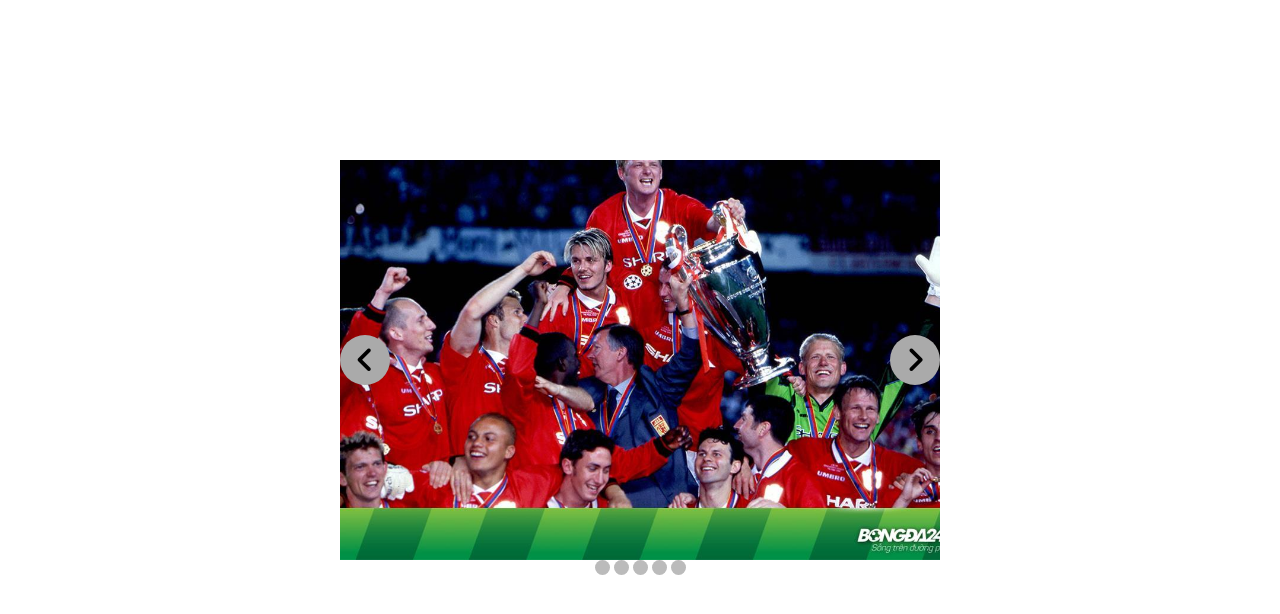
Repository: HoanTiny/slideShow
Page: index.html
An editor plug-in stored every save of this project. The page is shown before and after the next save, followed by the edit.
The browser window is 1280 px wide. The pictures show the whole page.
Some web libraries are served in a nearby version.

Above is the page before, as saved 2022-08-18 15:16:01.
Console error: TypeError: Cannot read properties of undefined (reading 'className')

### index.html
<!DOCTYPE html>
<html lang="en">
    <head>
        <meta charset="UTF-8" />
        <meta http-equiv="X-UA-Compatible" content="IE=edge" />
        <meta name="viewport" content="width=device-width, initial-scale=1.0" />
        <title>Document</title>
        <link rel="stylesheet" href="./acssets/css/style.css" />
        <link
            rel="stylesheet"
            href="https://cdnjs.cloudflare.com/ajax/libs/font-awesome/6.1.1/css/all.min.css"
        />
    </head>
    <body>
        <div class="slider">
            <i
                class="fa fa-angle-left left-btn"
                onclick="makeSlideshow(-1);"
            ></i>
            <div class="slider-main">
                <div class="slides">
                    <img src="./acssets/img/mU.jpg" alt="" class="slide" />
                    <img src="./acssets/img/logo.jpg" alt="" class="slide" />
                    <img src="./acssets/img/manU.jpg" alt="" class="slide" />
                    <img src="./acssets/img/logo.jpg" alt="" class="slide" />
                    <img src="./acssets/img/mU.jpg" alt="" class="slide" />
                </div>
            </div>
            <i
                class="fa fa-angle-right right-btn"
                onclick="makeSlideshow(1)"
            ></i>
            <div style="text-align: center" class="dot-main">
                <!-- <span class="dot"></span>
                <span class="dot"></span>
                <span class="dot"></span>
                <span class="dot"></span>
                <span class="dot"></span> -->
            </div>
        </div>

        <script src="./acssets/js/index.js"></script>
    </body>
</html>

### acssets/css/style.css
* {
    box-sizing: border-box;
}
body {
    font-family: Verdana, sans-serif;
    margin: 0;
    display: flex;
    justify-content: center;
    align-items: center;
    min-height: 100vh;
    flex-direction: column;
}

.slider {
    width: 600px;
    height: 400px;
    position: relative;
}
.left-btn {
    position: absolute;
    top: 50%;
    left: 0;
    transform: translateY(-50%);
    border-radius: 50%;
    background: rgb(170, 170, 170);
    cursor: pointer;
    font-size: 30px;
    text-align: center;
    padding: 10px;
    width: 50px;
    height: 50px;
    z-index: 1;
}
.left-btn.disabled,
.right-btn.disabled {
    background: transparent;
    cursor: default;
    color: rgb(170, 170, 170);
}

.right-btn {
    position: absolute;
    top: 50%;
    right: 0;
    transform: translateY(-50%);
    border-radius: 50%;
    background: rgb(170, 170, 170);
    cursor: pointer;
    font-size: 30px;
    text-align: center;
    padding: 10px;
    width: 50px;
    height: 50px;
}

.slider-main {
    width: 100%;
    height: 100%;
    overflow: hidden;
}
.slides {
    display: flex;
    transition: 1s all;
}
img.slide {
    width: 600px;
    height: 400px;
    object-fit: cover;
}

.mySlides {
    width: 100%;
    height: 100%;
}

.dot {
    cursor: pointer;
    height: 15px;
    width: 15px;
    margin: 0 2px;
    background-color: #bbb;
    border-radius: 50%;
    display: inline-block;
    transition: background-color 0.6s ease;
}

.active,
.dot:hover {
    background-color: #717171;
}

.fade {
    animation-name: fade;
    animation-duration: 1.5s;
}

@keyframes fade {
    from {
        opacity: 0.4;
    }
    to {
        opacity: 1;
    }
}

### acssets/js/index.js
//  getItem localStorage
const dot = localStorage.getItem("dot");
window.addEventListener("load", renderDot);
const widthImg = 600;
const slides = document.querySelector(".slides");
const leftBtn = document.querySelector(".left-btn");
const rightBtn = document.querySelector(".right-btn");
const dotMain = document.querySelector(".dot-main");
const dots = document.querySelectorAll(".dot");
const img = document.querySelectorAll(".slide");
slides.style.width = `${widthImg * img.length}px`;
let index = 0;
let slideIndex = 1;
makeSlideshow(slideIndex);
console.log(dots);

function renderDot() {
    for (i = 0; i < img.length; i++) {
        const dot = document.createElement("div");
        dot.className = "dot";
        dotMain.appendChild(dot);
        // save className dot localStorage
        localStorage.setItem("dot", dot.className);
    }
}

function makeSlideshow(n) {
    if (n === 1) {
        if (index >= img.length - 1) {
            index = 0;
        } else {
            index++;
        }
        for (i = 0; i < dots.length; i++) {
            dots[i].className = dots[i].className.replace(" active", "");
        }
        dots[index].className += " active";
        slides.style.transform = `translateX(-${widthImg * index}px)`;
    } else if (n === -1) {
        if (index <= 0) {
            index = img.length - 1;
        } else {
            index--;
        }
        for (i = 0; i < dots.length; i++) {
            dots[i].className = dots[i].className.replace(" active", "");
        }
        dots[index].className += " active";
        slides.style.transform = `translateX(-${widthImg * index}px)`;
    }
    dots.forEach((dot, indexdot) => {
        dot.addEventListener("click", () => {
            for (i = 0; i < dots.length; i++) {
                dots[i].className = dots[i].className.replace(" active", "");
            }
            dots[indexdot].className += " active";
            slides.style.transform = `translateX(-${widthImg * indexdot}px)`;
        });
    });
}
// setInterval(() => {
//     makeSlideshow(true);
// }, 5000);

After the next save:
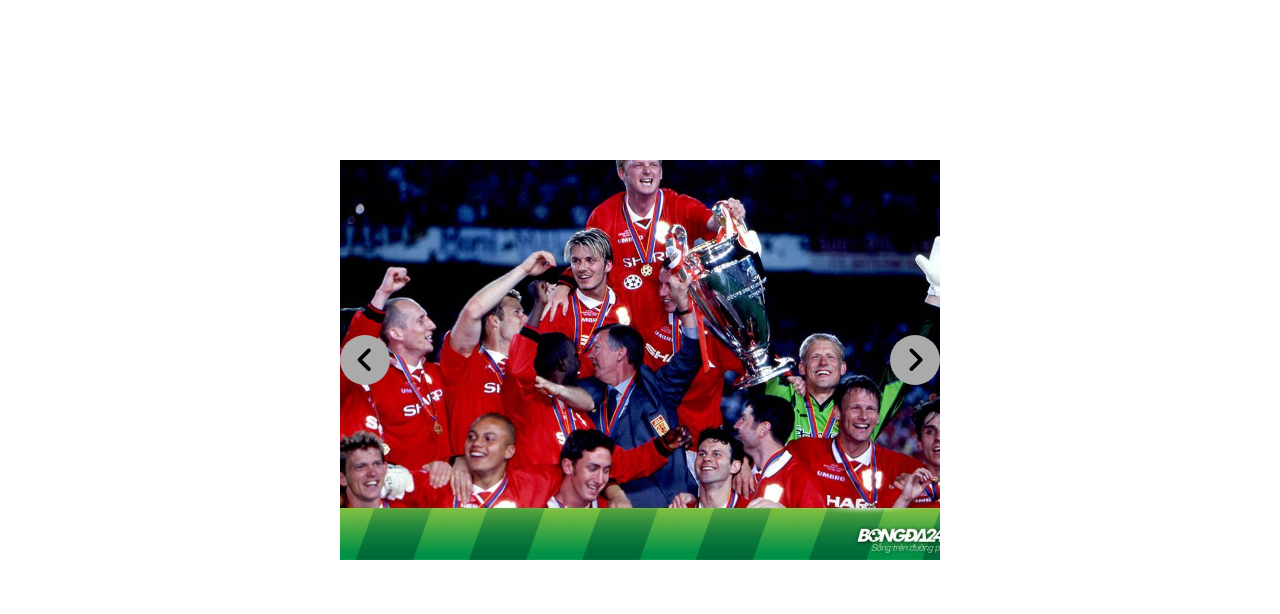
Saved 27 s later.
--- a/acssets/js/index.js
+++ b/acssets/js/index.js
@@ -1,6 +1,4 @@
 //  getItem localStorage
-const dot = localStorage.getItem("dot");
-window.addEventListener("load", renderDot);
 const widthImg = 600;
 const slides = document.querySelector(".slides");
 const leftBtn = document.querySelector(".left-btn");
@@ -12,17 +10,6 @@
 let index = 0;
 let slideIndex = 1;
 makeSlideshow(slideIndex);
-console.log(dots);
-
-function renderDot() {
-    for (i = 0; i < img.length; i++) {
-        const dot = document.createElement("div");
-        dot.className = "dot";
-        dotMain.appendChild(dot);
-        // save className dot localStorage
-        localStorage.setItem("dot", dot.className);
-    }
-}
 
 function makeSlideshow(n) {
     if (n === 1) {
